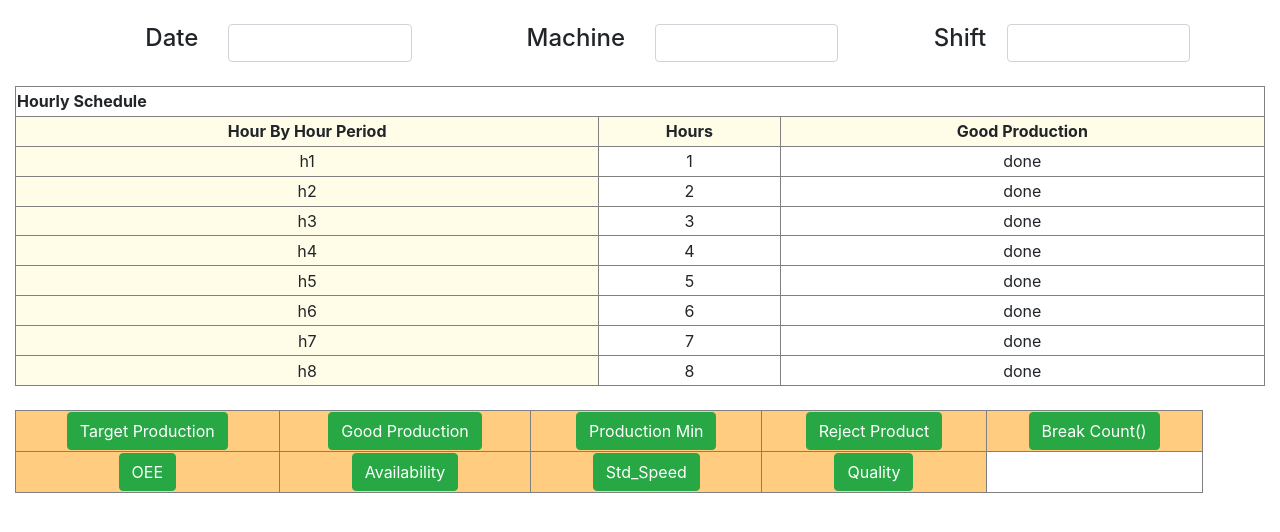
Repository: hisamit97/TVS-Locas
Page: index.html
The author's editor kept a copy of each file at every save. The page is drawn from the files as they stood at one save, then again after the next save.
The browser window is 1280 px wide. The pictures show the whole page.

Above is the page before, as saved 2020-12-01 11:54:35.

### index.html
<html>

<head>
    <title>TVS LoCas</title>
    <link rel="stylesheet" href="https://cdn.jsdelivr.net/npm/bootstrap@4.5.3/dist/css/bootstrap.min.css" integrity="sha384-TX8t27EcRE3e/ihU7zmQxVncDAy5uIKz4rEkgIXeMed4M0jlfIDPvg6uqKI2xXr2" crossorigin="anonymous">

<!-- jQuery and JS bundle w/ Popper.js -->
<script src="https://code.jquery.com/jquery-3.5.1.slim.min.js" integrity="sha384-DfXdz2htPH0lsSSs5nCTpuj/zy4C+OGpamoFVy38MVBnE+IbbVYUew+OrCXaRkfj" crossorigin="anonymous"></script>
<script src="https://cdn.jsdelivr.net/npm/bootstrap@4.5.3/dist/js/bootstrap.bundle.min.js" integrity="sha384-ho+j7jyWK8fNQe+A12Hb8AhRq26LrZ/JpcUGGOn+Y7RsweNrtN/tE3MoK7ZeZDyx" crossorigin="anonymous"></script>
</head>
<body>
    <div class="container-fluid">
        <div class="row">
            <div class="col-md-4"></div>
            <div class="col-md-4"></div>
            <div class="col-md-4"></div>
        </div>
        <br>
        <div class="row" >
            <div class="col-md-4">
                <div class="row">
                    <div class="col-md-6 text-right"><h4>Date</h4></div>
                    <div class="col-md-6"><input type="text" class="form-control mr-3"></div>
                </div>
            </div>
            <div class="col-md-4">
                <div class="row">
                    <div class="col-md-6 text-right" ><h4>Machine</h4></div>
                    <div class="col-md-6"><input type="text" class="form-control"></div>
                </div>
            </div>
            <div class="col-md-4">
                <div class="row">
                    <div class="col-md-6 text-center"><h4>Shift</h4></div>
                    <div class="col-md-6" style="margin-left: -75px;"><input type="text" class="form-control"></div>
                </div>
            </div>
        </div>
        <br>
        <div class="row">
            <div class="col-md-12">
                <table width="100%" border="1" height="300px">
                   <tr  >
                       <th colspan="3">Hourly Schedule</th>
                   </tr>
                   <tr style="text-align: center; background: #fffde7;">
                       <th >Hour By Hour Period</th>
                       <th>Hours</th>
                       <th>Good Production</th>
                    </tr>
                    <tr style="text-align: center;">
                        <td style="background:#fffde7;">h1</td>
                        <td>1</td>
                        <td>done</td>
                    </tr>
                    <tr style="text-align: center;">
                        <td style="background:#fffde7;">h2</td>
                        <td>2</td>
                        <td>done</td>
                    </tr>
                    <tr style="text-align: center;">
                        <td style="background:#fffde7;">h3</td>
                        <td>3</td>
                        <td>done</td>
                    </tr>
                    <tr style="text-align: center;">
                        <td style="background:#fffde7;">h4</td>
                        <td>4</td>
                        <td>done</td>
                    </tr>
                    <tr style="text-align: center;">
                        <td style="background:#fffde7;">h5</td>
                        <td>5</td>
                        <td>done</td>
                    </tr>
                    <tr style="text-align: center;">
                        <td style="background:#fffde7;">h6</td>
                        <td>6</td>
                        <td>done</td>
                    </tr>
                    <tr style="text-align: center;">
                        <td style="background:#fffde7;">h7</td>
                        <td>7</td>
                        <td>done</td>
                    </tr>
                    <tr style="text-align: center;">
                        <td style="background:#fffde7;">h8</td>
                        <td>8</td>
                        <td>done</td>
                    </tr>
                </table>
            </div>
        </div>
        <br>
        <div class="row">
            <div class="col-md-12">
            <table width="95%" border=1 height="80px">
                <tr style="text-align: center;background:#ffcc80;">
                    <td><button class="btn btn-success">Target Production</button></td>
                    <td><button class="btn btn-success">Good Production</button></td>
                    <td><button class="btn btn-success">Production Min</button></td>
                    <td><button class="btn btn-success">Reject Product</button></td>
                    <td><button class="btn btn-success">Break Count()</button></td>
                </tr>
                <tr style="text-align: center;background:#ffcc80;">
                    <td><button class="btn btn-success">OEE</button></td>
                    <td><button class="btn btn-success">Availability</button></td>
                    <td><button class="btn btn-success">Std_Speed</button></td>
                    <td><button class="btn btn-success">Quality</button></td>
                </tr>
            </table>
            </div>
        </div>
        <br>

    </div>
</body>
</html>

After the next save:
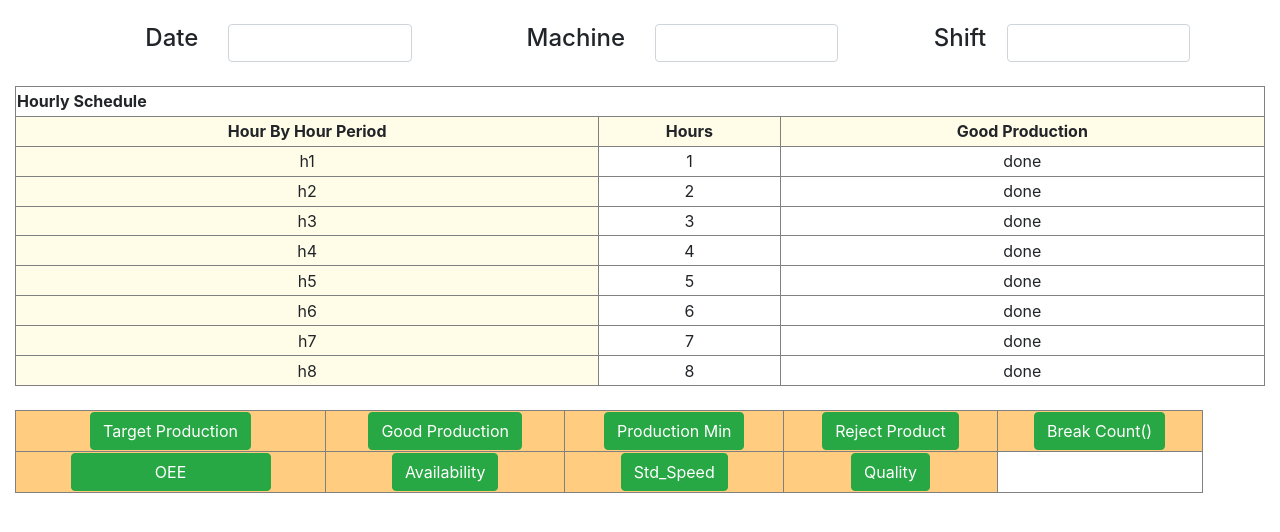
Saved 41 s later.
--- a/index.html
+++ b/index.html
@@ -103,7 +103,7 @@
                     <td><button class="btn btn-success">Break Count()</button></td>
                 </tr>
                 <tr style="text-align: center;background:#ffcc80;">
-                    <td><button class="btn btn-success">OEE</button></td>
+                    <td><button class="btn btn-success" style="width:200px">OEE</button></td>
                     <td><button class="btn btn-success">Availability</button></td>
                     <td><button class="btn btn-success">Std_Speed</button></td>
                     <td><button class="btn btn-success">Quality</button></td>
